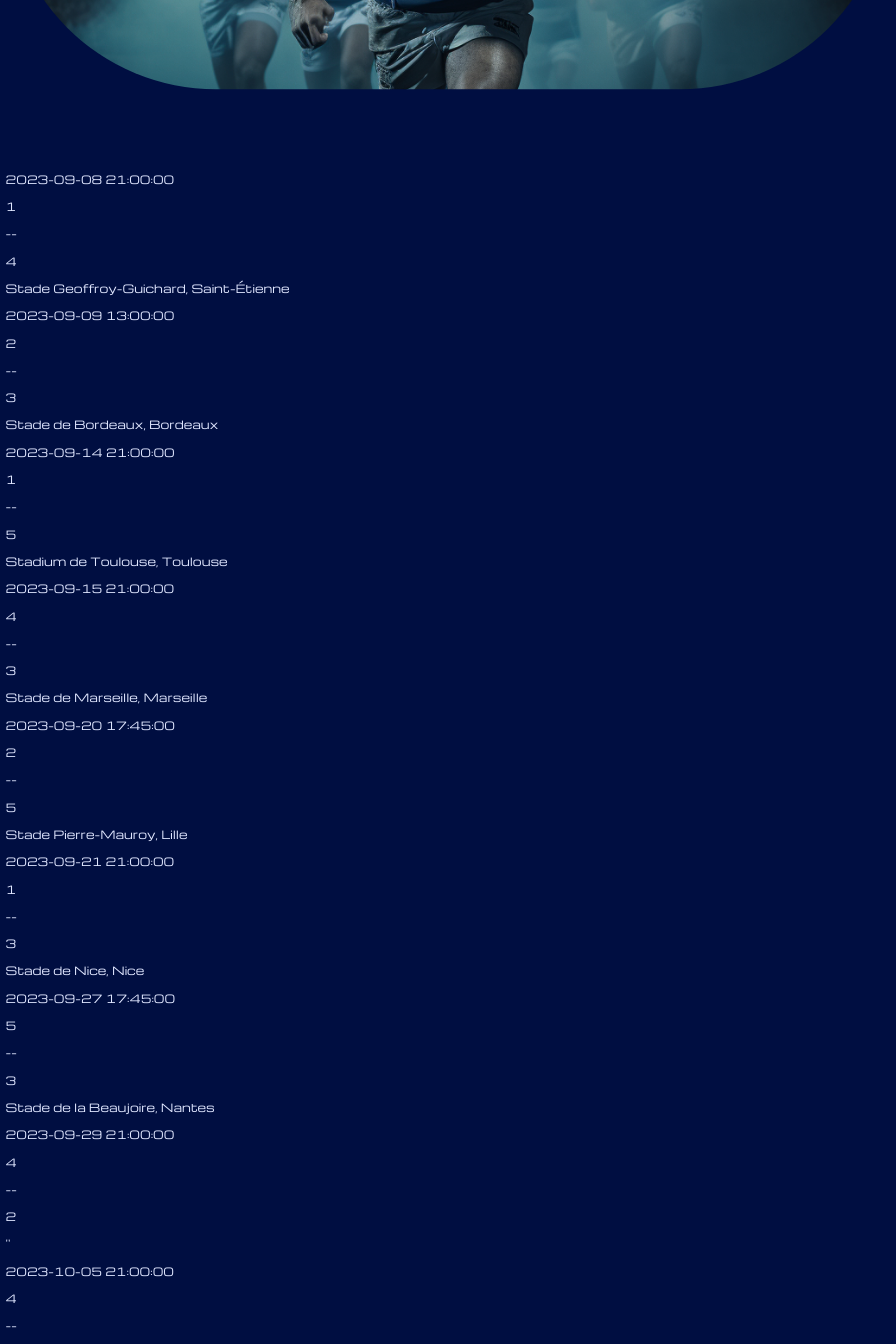
Repository: Yohann-Hamon/Projet_Rugby
Page: http://localhost/meetings_page.php
These files come from the project's save history. The page is drawn as it stood at one moment and after the next save; the edit follows.
The browser window is 1280 px wide. The pictures show the part of the page from y = 648 to 2568 px (the page is 2996 px tall before and 2606 px after), at 70% of full size.
The page is run by PHP 8.4 with error messages shown; the project is at /var/www/html/. The database holds what the project's SQL file puts in it.

Above is the page before, as saved 2023-06-30 14:30:39.

### meetings_page.php
<!DOCTYPE html>
<html lang="en">
    <head>
        <!-- style.css -->
        <link rel="stylesheet" href="./front/style/colors.css">

        <!-- meetings-page.css -->
        <link rel="stylesheet" href="./front/style/meetings-page.css">

        <!-- COMPONENTS -->
        <!-- buttons -->
        <link rel="stylesheet" href="./front/components/molecules/buttons/navbutton/navbutton.css">
        <!-- meeting -->
        <link rel="stylesheet" href="./front/components/molecules/meeting/meeting.css">

        <!-- Header -->
        <link rel="stylesheet" href="./front/components/organisms/header/header.css">
        <!-- meetings -->
        <link rel="stylesheet" href="./front/components/organisms/meetings/meetings.css">

        <meta charset="UTF-8">
        <meta http-equiv="X-UA-Compatible" content="IE=edge">
        <meta name="viewport" content="width=device-width, initial-scale=1.0">

        <title> Les Rencontres </title>
    </head>
    <body>
        <?php
            // header
            include './front/components/organisms/header/header.php'; ?>

        <?php

            // meetings
            include './front/components/organisms/meetings/meetings.php';

            //footer
            include './front/components/organisms/footer/footer.php';

        ?>
    </body>
</html>

### front/components/organisms/header/header.php
<?php
  include './front/components/molecules/buttons/navbutton/navbutton.php';
?>

<header class="o-header">
  <div class="o-header__logo">
    <img src="./front/style/images/logo.svg" alt="logo">
    <h1 class=" nav-title primary900">Le XV d'oeuFrance</h1>
  </div>

  <div class="o-header__user">
    <?php
      navButtonComponent('#','rencontres');
      navButtonComponent('#','équipes');
      navButtonComponent('#','joueurs');
    ?>
  </div>
</header>

### front/components/molecules/buttons/navbutton/navbutton.php
<?php
    function navButtonComponent($url, $text)
    {
        echo'<a href="'.$url.'" class="a-button navigation">'.$text.'</a>';
    }
?>

### front/components/organisms/meetings/meetings.php
<section class="o-meetings">
    <div class="meeting-background"></div>
    <h1 class="o-meetings title primary100">Les rencontres</h1>

    <div class="o-meetings__table">
        <?php

            include './bdd/Meetings.php';

            $meeting = new Meetings();
            $meetings = $meeting->findAll();

            foreach($meetings as $a_meeting){

                include './front/components/molecules/meeting/meeting.php';
            }
        ?>
    </div>

</section>

<?php

### bdd/Meetings.php
<?php

// require_once './bdd/BDD.php';
require_once __DIR__. '/BDD.php';

class Meetings extends BDD{
	private $id;
	private $datetime;
    private $team_1;
    private $team_2;
	private $place;
	private $score;

	public function setId(int $id) : self
	{
		$this->id = $id;
		return $this;
	}

	public function getId() : int
	{
		return $this->id;
	}

	public function setDatetimeStarts(string $datetime) : self
	{
		$this->datetime = $datetime;
		return $this;
	}

	public function getDatetimeStarts() : DateTime
	{
        $datetime = new DateTime($this->datetime);
		return $datetime;
	}

	public function setTeam1(int $team1) : self
	{
		$this->team1 = $team1;
		return $this;
	}

	public function getTeam1() : int
	{
		return $this->team1;
	}

    public function setTeam2(int $team2) : self
	{
		$this->team2 = $team2;
		return $this;
	}

	public function getTeam2() : int
	{
		return $this->team2;
	}

    public function setPlace(string $place) : self
	{
		$this->place = $place;
		return $this;
	}

	public function getPlace() : string
	{
		return $this->place;
	}

	public function setScore(string $score) : self
	{
		$this->score = $score;
		return $this;
	}

	public function getScore() : string
	{
		return $this->score;
	}

	public function findAll(){
		$co = $this->co;

		$sql = 'SELECT * FROM meetings';
		$req = $co->prepare($sql);
		$req->execute();

		$meetings = $req->fetchAll();

		return $meetings;
	}

	public function add($datetime, $team_1, $team_2, $place, $score ){
        $co = $this->co;

        $sql = 'INSERT INTO meetings(datetime, team_1, team_2, place, score )
		VALUES(:datetime, :team_1, :team_2, :place, :score )';
        $req = $co->prepare($sql);

		$req->execute([
			'datetime' => $datetime,
            'team_1' => $team_1,
            'team_2' => $team_2,
			'place' => $place,
            'score' => $score,
		]);

		$meetings = $req->rowCount();
		return $meetings;
    }


	public function modify(){

		$co = $this->co;

        $sql = 'UPDATE meetings
		SET
		datetime = :datetime,
		team_1 = :team_1,
		team_2 = :team_2,
		place = :place,
		score = :score

		WHERE
		id = :id ';

        $req = $co->prepare($sql);

		$id = $_POST['id'];
		$datetime = $_POST['datetime'];
		$team_1 = $_POST['team_1'];
		$team_2 = $_POST['team_2'];
		$place = $_POST['place'];
		$score = $_POST['score'];

		$req->bindParam(':id', $id, PDO::PARAM_INT);
		$req->bindParam(':datetime', $datetime, PDO::PARAM_STR);
		$req->bindParam(':team_1', $team_1, PDO::PARAM_INT);
		$req->bindParam(':team_2', $team_2, PDO::PARAM_INT);
		$req->bindParam(':place', $place, PDO::PARAM_STR);
		$req->bindParam(':score', $score, PDO::PARAM_STR);

		$req->execute();

		$meetings = $req->rowCount();
		return $meetings;
    }

	public function delete($id){
        $co = $this->co;

        $sql = 'DELETE FROM meetings WHERE id = :id';
        $req = $co->prepare($sql);
        $req->execute([
			'id' => $id
		]);
		$meetings = $req->rowCount();
		return $meetings;
    }
}

### bdd/BDD.php
<?php

	class BDD{

		private $host = 'localhost';
		private $dbname = 'rugby_world_cup_2023';
		private $user = 'root';
		private $pwd = '';

		protected $co = false;

		public function __construct()
		{
			if($this->co == false){
				try{
					$this->co = new PDO('mysql:host='.$this->host.';dbname='.$this->dbname, $this->user, $this->pwd);
					$this->co->setAttribute(PDO::ATTR_ERRMODE, PDO::ERRMODE_EXCEPTION);
				}
				catch(Exception $e){
					die($e->getMessage());
				}
			}
		}

		public function getCo(){
			return $this->co;
		}
	}

### front/components/molecules/meeting/meeting.php
<!DOCTYPE html>
<html lang="en">
<head>
    <meta charset="UTF-8">
    <meta name="viewport" content="width=device-width, initial-scale=1.0">
    <link rel="stylesheet" href="../meeting/meeting.css">
    <title>Les rencontres</title>
</head>
<body>
<div class="o-meeting primary900">
    <p><?=$a_meeting['datetime']?><p>
    <div class="o-meeting__competitors">
        <p><?=$a_meeting['team_1']?><p>
        <p><?=$a_meeting['score']?><p>
        <p><?=$a_meeting['team_2']?><p>
    </div>
    <p><?=$a_meeting['place']?><p>
</div>
</body>
</html>

### front/components/organisms/footer/footer.php
<footer class="o-footer">
    <p class=" primary900 o-footer__content">© 2023 Coupe du Monde de Rugby | Ce site est un projet scolaire à but non lucratif </p>
    <p class=" primary900 o-footer__content"> XVdoeuFrance@gmail.com</p>
    <img class="o-footer__logo" src="front/components/organisms/footer/logo.png"></li>
</footer>

### front/style/colors.css
:root {
  /* Primary */
  --primary-100: #000E41;
  --primary-200: #031452;
  --primary-300: #002DC9;
  --primary-400: #7289D7;
  --primary-500: #869CE8;
  --primary-600: #A5B0D7;
  --primary-700: #B4C4FF;
  --primary-800: #C9D5FF;
  --primary-900: #E0E7FF;
  /* Sencondary */
  --sencondary-100: #D08800;
  --sencondary-200: #D7A13C;
  --sencondary-300: #E5BF78;
  --sencondary-400: #E09D1E;
  --sencondary-500: #FFA700;
  --sencondary-600: #E7C40E;
  --sencondary-700: #F1C40D;
  --sencondary-800: #F5DD5C;
  --sencondary-900: #F6E1A2;
  /* Terciary */
  --terciary-100: #5E0000;
  --terciary-200: #900000;
  --terciary-300: #B30000;
  --terciary-400: #8A4219;
  --terciary-500: #A43B00;
  --terciary-600: #C94800;
  --terciary-700: #E18A58;
  --terciary-800: #DA9F7F;
  --terciary-900: #F1C3A8;
  /* Neutral */
  --neutral-100: #232323;
  --neutral-200: #414141;
  --neutral-300: #6F6E6E;
  --neutral-400: #8B8B8B;
  --neutral-500: #A1A1A1;
  --neutral-600: #BEBEBE;
  --neutral-700: #C9C9C9;
  --neutral-800: #DDDDDD;
  --neutral-900: #EFEFEF;
}

/* Primary */

.primary100 {
  color: var(--primary-100);
}

.primary200 {
  color: var(--primary-200);
}

.primary300 {
  color: var(--primary-300);
}

.primary400 {
  color: var(--primary-400);
}

.primary500 {
  color: var(--primary-500);
}

.primary800 {
  color: var(--primary-800);
}

.primary900 {
  color: var(--primary-900);
}

.secondary500 {
  color: var(--secondary-500);
}

.secondary600 {
  color: var(--secondary-600);
}

.secondary700 {
  color: var(--secondary-700);
}

.secondary800 {
  color: var(--secondary-800);
}

.secondary900 {
  color: var(--secondary-900);
}


/* Terciary */

.terciary100 {
  color: var(--terciary-100);
}

.terciary200 {
  color: var(--terciary-200);
}

.terciary300 {
  color: var(--terciary-300);
}

.terciary400 {
  color: var(--terciary-400);
}

.terciary500 {
  color: var(--terciary-500);
}

.terciary600 {
  color: var(--terciary-600);
}

.terciary700 {
  color: var(--terciary-700);
}

.terciary800 {
  color: var(--terciary-800);
}

.terciary900 {
  color: var(--terciary-900);
}

/* Neutral */

.primary100 {
  color: var(--primary-100);
}

.primary200 {
  color: var(--primary-200);
}

.primary300 {
  color: var(--primary-300);
}

.primary400 {
  color: var(--primary-400);
}

.neutral500 {
  color: var(--neutral-500);
}

.neutral600 {
  color: var(--neutral-600);
}

.neutral700 {
  color: var(--neutral-700);
}

.neutral800 {
  color: var(--neutral-800);
}

.neutral900 {
  color: var(--neutral-900);
}

/* Neutral */

.neutral100 {
  color: var(--neutral-100);
}

.neutral200 {
  color: var(--neutral-200);
}

.neutral300 {
  color: var(--neutral-300);
}

.neutral400 {
  color: var(--neutral-400);
}

.neutral500 {
  color: var(--neutral-500);
}

.neutral600 {
  color: var(--neutral-600);
}

### front/components/molecules/buttons/navbutton/navbutton.css
@font-face {
  font-family: 'Inter';
  src: url(../../../../style/fonts/inter.woff2);
}

.a-button
{
  display: inline-block;
  padding: 12px 16px;
  background-color: none;
  color: var(--neutral-900);
  border: none;
  border-radius: 8px;
  text-decoration: none;
  font-family: 'Inter';
  text-transform: uppercase;
}

.a-button:hover
{
  background-color: none;
  color: var(--neutral-900);
  text-decoration-line: underline;
  text-transform: uppercase;
}

.a-button:focus
{
  background-color: var(--primary-500);
  outline: 2px solid var(--primary-300);
  color: var(--base-100);
}

.a-button:active
{
  background-color: var(--primary-300);
  color: var(--base-200);
}

### front/components/molecules/meeting/meeting.css
@font-face {
    font-family: 'Michroma';
    src: url('../../../style/fonts/michroma.woff2');
}

body {
    background-color: #000E41;
}

.o-meeting {
    font-family: 'Michroma';
}

.nowrap {
    white-space: nowrap;
}

### front/components/organisms/header/header.css
@font-face {
  font-family: 'Anton';
  src: url('../../../style/fonts/anton.woff2');
}

@font-face {
  font-family: 'Inter';
  src: url('../../../style/fonts/inter.woff2');
}


.o-header {
  display: flex;
  justify-content: flex-end;
  align-items: center;
  padding: 12px 34px;
  background-color: none;
  color: var(--neutral-9 00);
  font-family: 'Anton';
}

.o-header .o-header__user>*+* {
  margin-left: 56px;
  font-family: 'Inter';
  font-size: 16px;
}

.navtitle {
  font-size: 24px;
}

.o-header__logo {
  position: absolute;
  display: flex;
  justify-content: space-between;
  align-items: center;
  gap: 40px;
  right: calc(50% - 179px);
}

### front/components/organisms/meetings/meetings.css
@font-face {
    font-family: 'Anton';
    src: url('../../../style/fonts/anton.woff2');
}

.title {
    position: absolute;
    top: 520px;
    right: -15px;
    transform: translateX(-50%);
    font-size: 64px;
    font-family: 'Anton';
    z-index: 99;
}

.meeting-background {
    position: relative;
    top: -100px;
    left: 0;
    margin: 0;
    background-image: url("../../../style/background-image/meeting-background.png");
    background-repeat: no-repeat;
    background-size: cover;
    background-position: top center;
    width: 100%;
    height: 800px;
    font-size: 0;
    z-index: -1;
    border-radius: 0px 0px 300px 300px;
}

.o-meetings {
    margin: 0;
}

### front/style/images/logo.svg
<svg width="51" height="62" viewBox="0 0 51 62" fill="none" xmlns="http://www.w3.org/2000/svg">
<path fill-rule="evenodd" clip-rule="evenodd" d="M16.8632 9.67744C16.8632 9.67744 19.7685 6.34265 24.8527 5.81954C29.9368 5.29644 33.9646 7.25808 33.9646 7.25808L35.1531 0.850045L28.8804 3.8579L23.7962 0L20.3627 4.381L13.958 3.8579L16.8632 9.67744ZM27.0316 28.3787C27.0316 28.3787 29.4086 50.4144 7.28911 55.2532C11.9111 61.7264 47.8305 72.777 50.9999 36.0291C50.0095 14.2546 32.8421 6.47342 26.4373 6.66981C26.4373 6.66981 20.0326 6.34287 17.0613 11.7047C10.5245 13.6663 9.53407 17.5896 9.53407 17.5896C9.53407 17.5896 18.3819 17.1973 19.3063 18.6358C19.3063 18.6358 18.329 20.4748 18.9761 22.7553C19.58 24.8833 21.7109 27.4632 24.3244 27.4632C26.9016 27.4632 28.8307 25.9239 29.6067 24.2592C29.9731 23.4731 30.0564 22.6513 30.1186 22.0368C30.1778 21.4522 30.218 21.0552 30.4651 21.0552C31.5215 21.0552 32.9081 25.8939 27.0316 28.3787ZM15.4105 34.7868C15.4105 34.7868 10.0623 30.9288 0.290025 31.3212C-0.645756 39.56 0.554209 46.0335 5.77038 53.5531C23.6864 47.8611 24.6713 36.8978 25.2433 30.5302L25.2433 30.5301L25.2433 30.53L25.2433 30.5298C25.289 30.0216 25.332 29.5426 25.3808 29.098C18.5139 29.6864 15.4105 34.7868 15.4105 34.7868ZM25.5129 10.9198C26.2392 10.9198 27.0316 11.2206 27.0316 12.4237C27.0316 13.6269 26.1072 13.9277 25.579 13.9277C24.1263 13.9277 23.9283 12.7507 23.9283 12.4237C23.9943 10.9198 25.3149 10.9198 25.5129 10.9198Z" fill="#E0E7FF"/>
</svg>

### bdd/rugby_world_cup_2023.sql (the tables this page reads)
CREATE TABLE IF NOT EXISTS `meetings` (
  `id` int NOT NULL AUTO_INCREMENT,
  `datetime` datetime NOT NULL,
  `team_1` int NOT NULL, 
  `team_2` int NOT NULL,
  `place` varchar(255) NOT NULL,
  `score` varchar(255) NOT NULL,
  PRIMARY KEY (`id`),
  KEY `equipe_1` (`team_1`) USING BTREE,
  KEY `equipe_2` (`team_2`) USING BTREE
) ENGINE=InnoDB AUTO_INCREMENT=40 DEFAULT CHARSET=utf8mb3;

INSERT INTO `meetings` (`id`, `datetime`, `team_1`, `team_2`, `place`, `score`) VALUES
(1, '2023-09-08 21:00:00', 1, 4, 'Stade Geoffroy-Guichard, Saint-Étienne', '--'),
(2, '2023-09-09 13:00:00', 2, 3, 'Stade de Bordeaux, Bordeaux', '--'),
(3, '2023-09-14 21:00:00', 1, 5, 'Stadium de Toulouse, Toulouse', '--'),
(4, '2023-09-15 21:00:00', 4, 3, 'Stade de Marseille, Marseille', '--'),
(5, '2023-09-20 17:45:00', 2, 5, 'Stade Pierre-Mauroy, Lille', '--'),
(6, '2023-09-21 21:00:00', 1, 3, 'Stade de Nice, Nice', '--'),
(7, '2023-09-27 17:45:00', 5, 3, 'Stade de la Beaujoire, Nantes', '--'),
(8, '2023-09-29 21:00:00', 4, 2, '\'\'', '--'),
(9, '2023-10-05 21:00:00', 4, 5, '\'\'', '--'),
(10, '2023-10-06 21:00:00', 1, 2, '\'\'', '--');

ALTER TABLE `meetings`
  ADD CONSTRAINT `meetings_ibfk_1` FOREIGN KEY (`team_1`) REFERENCES `teams` (`id`) ON DELETE CASCADE ON UPDATE CASCADE,
  ADD CONSTRAINT `meetings_ibfk_2` FOREIGN KEY (`team_2`) REFERENCES `teams` (`id`) ON DELETE CASCADE ON UPDATE CASCADE;

Loaded but not shown: front/style/meetings-page.css (no stored copy; drawn as an empty file)

After the next save:
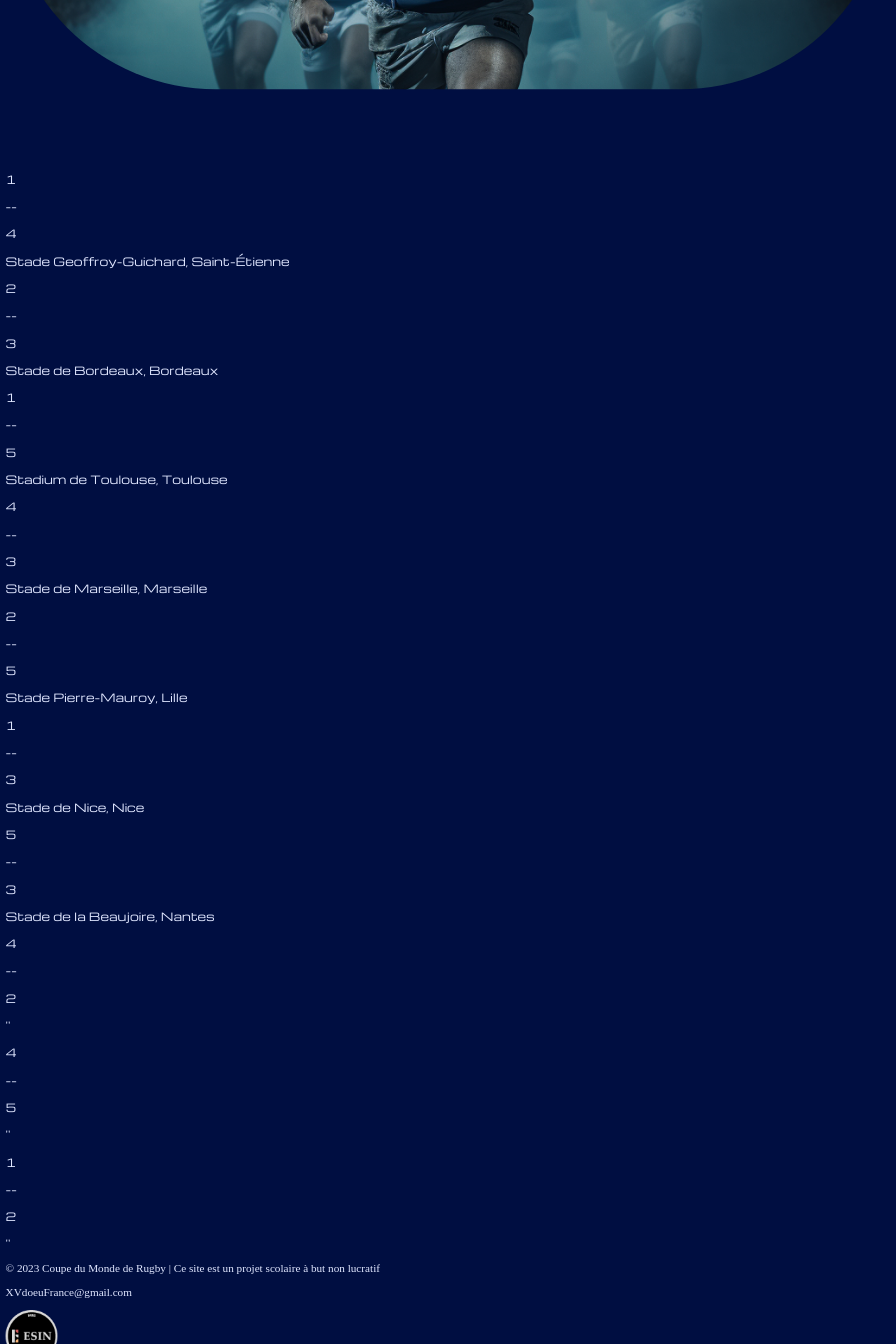
Saved 19 min 51 s later.
--- a/front/components/molecules/meeting/meeting.php
+++ b/front/components/molecules/meeting/meeting.php
@@ -1,20 +1,32 @@
-<!DOCTYPE html>
-<html lang="en">
-<head>
-    <meta charset="UTF-8">
-    <meta name="viewport" content="width=device-width, initial-scale=1.0">
-    <link rel="stylesheet" href="../meeting/meeting.css">
-    <title>Les rencontres</title>
-</head>
-<body>
 <div class="o-meeting primary900">
-    <p><?=$a_meeting['datetime']?><p>
+    <?php
+        // $date = new DateTime($a_meeting['datetime']);
+
+        // setlocale(LC_TIME, 'fr_FR.utf8', 'fra');
+        // Formatage de l'heure selon le format souhaité
+        // $week_days = strftime('%A', $date->getTimestamp());
+        // $day = $date->format('j');
+        // $month = $strftime('%B', $date->getTimestamp());
+        // $hour = $date->format('H');
+        // $minute = $date->format('i');
+
+        // echo '<p>'.$week_days.' '.$day.' '.$month.', '.$hour.'h'.$minute.'</p>';
+        // $a_meeting['datetime'] = $datetime;
+        // $reversedDateTime = data("H:i d:m:Y", strtotime($datetime));
+    ?>
+    <p>
+        <?php
+            // echo $reversedDateTime;
+        ?>
+    <p>
     <div class="o-meeting__competitors">
+        <?php
+            // echo '<p>'.$week_days.' '.$day.' '.$month.', '.$hour.'h'.$minute.'</p>';
+        ?>
         <p><?=$a_meeting['team_1']?><p>
+        <img
         <p><?=$a_meeting['score']?><p>
         <p><?=$a_meeting['team_2']?><p>
     </div>
     <p><?=$a_meeting['place']?><p>
 </div>
-</body>
-</html>
